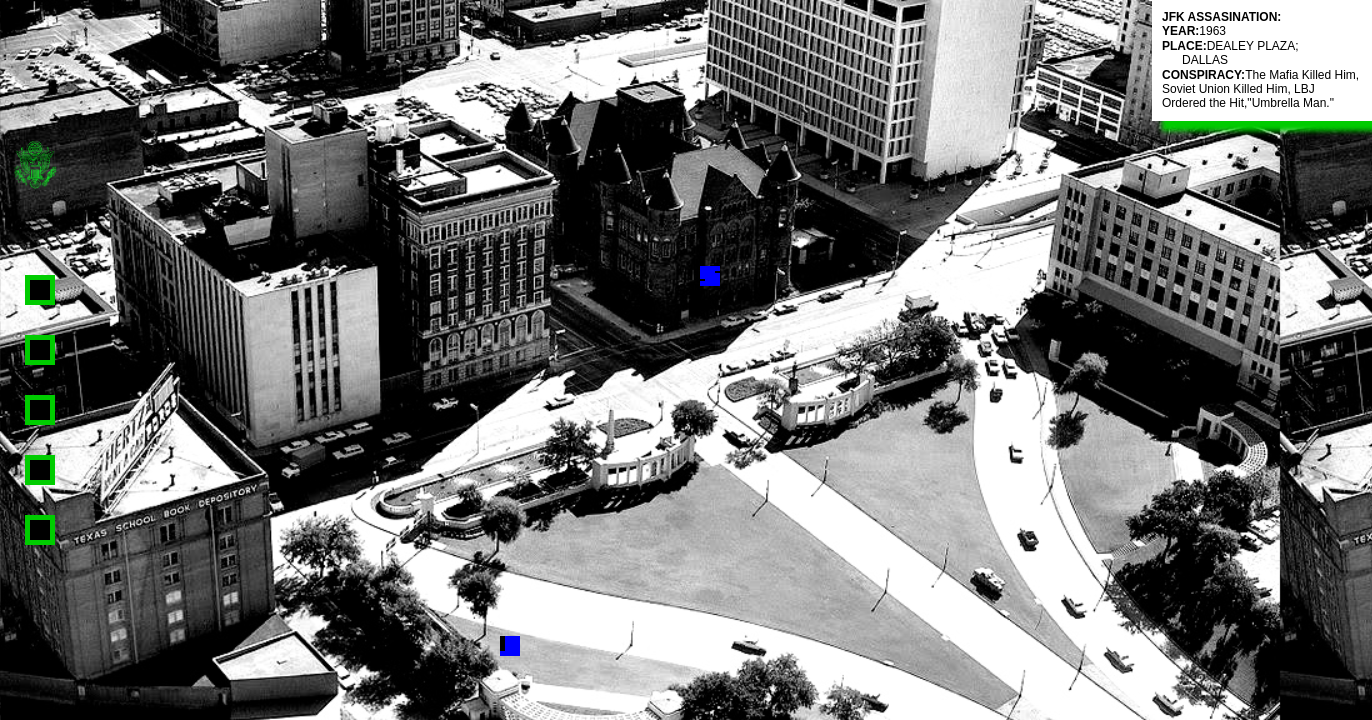
Repository: bradk647/bradk647.github.io
Page: TypeWeb/Jfk/jfk.html
The author's editor kept a record of every edit. The page is drawn from the files as they stood at one moment, then again after the next edit.
The browser window is 1280 px wide. The page is 1372 px wide, then 1280 px, so the pictures cover 1372 px, including what lies to the right of the window. The pictures show the whole page.
Some web fonts or font styles are not loaded; a fallback is used.

Above is the page before.

After the next edit:
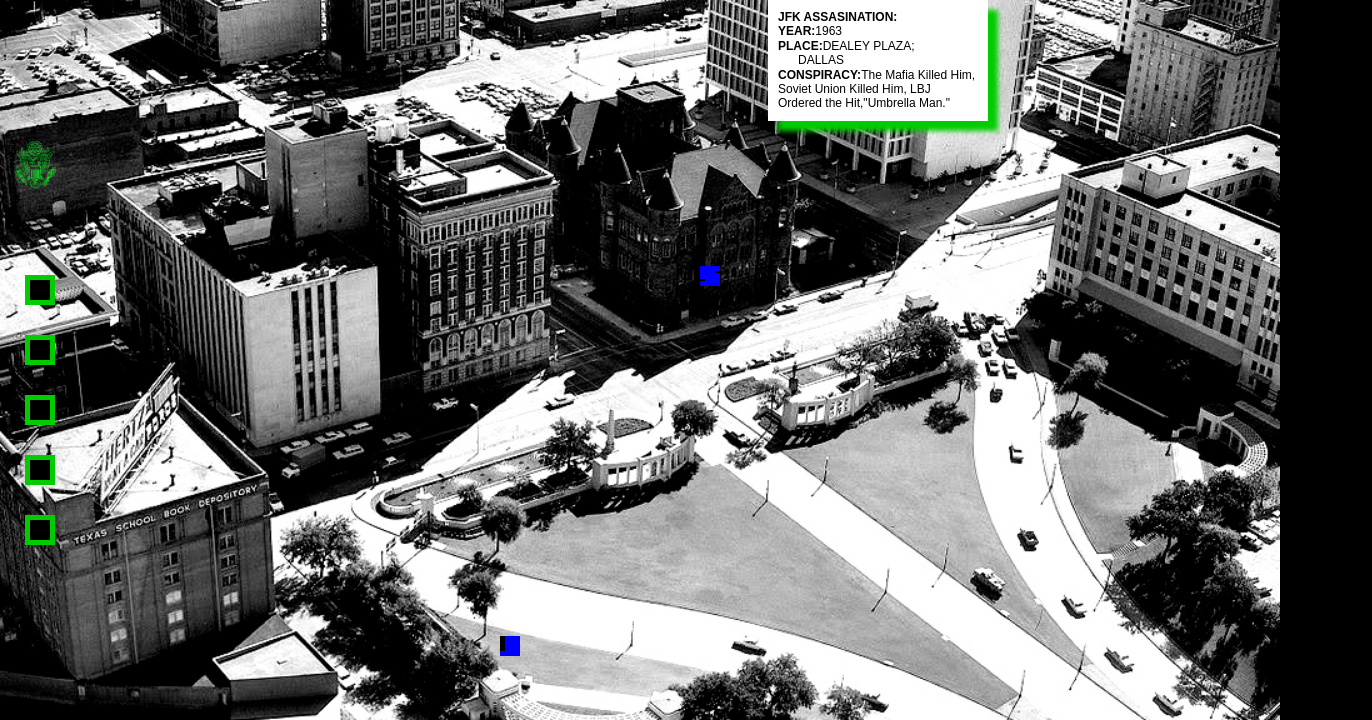
The edit:
--- a/TypeWeb/Jfk/jfk.css
+++ b/TypeWeb/Jfk/jfk.css
@@ -23,7 +23,7 @@
     -webkit-box-shadow: 10px 10px 5px 0px rgba(0,204,0,1);
 -moz-box-shadow: 10px 10px 5px 0px rgba(0,204,0,1);
 box-shadow: 10px 10px 5px 0px rgba(0,204,0,1);
-margin-left:90%;
+margin-left:60%;
 }
 
 .menu {
